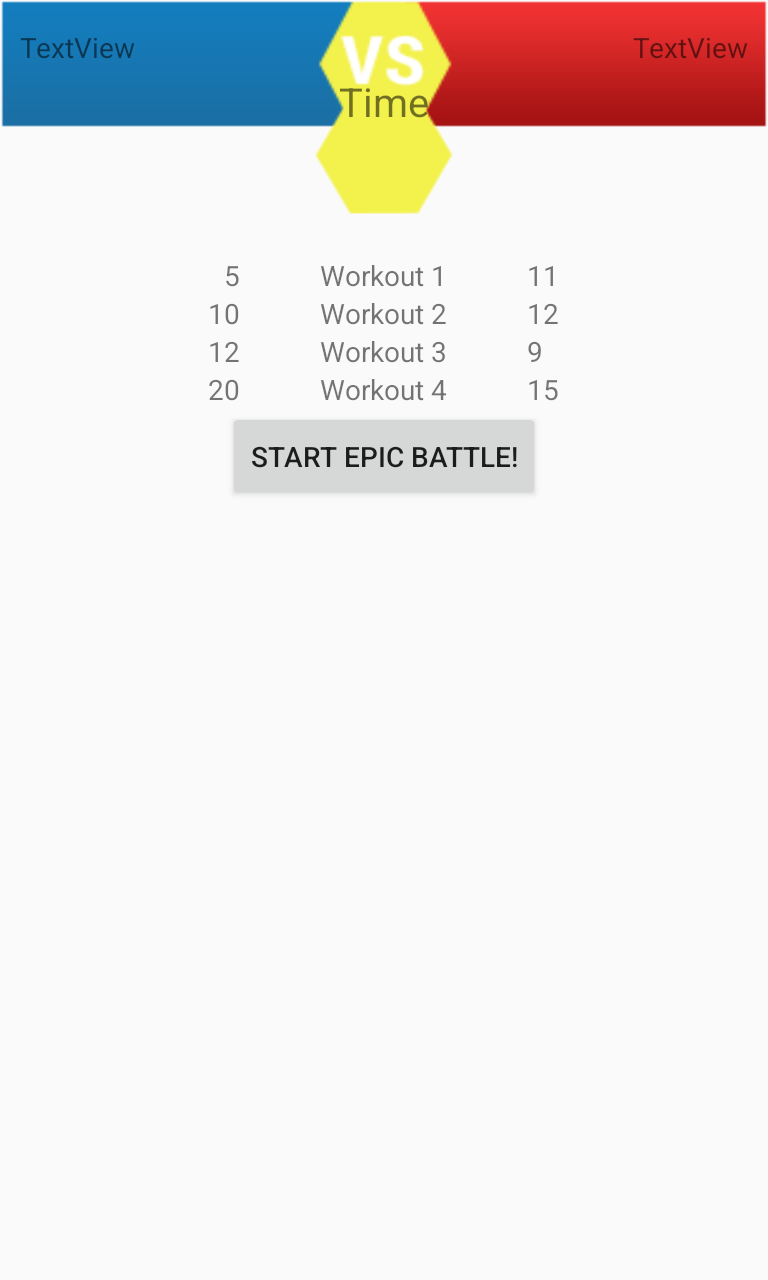
Repository: hackathon-2014/devdroid-repo
Layout: HealthyCompetition/res/layout/battlefield_layout.xml
The author's editor kept a copy of each file at every save. The layout is drawn from the files as they stood at one save, then again after a run of saves.
It is drawn on a 768 x 1280 px phone screen (xhdpi) without system bars, with theme AppTheme; the app's code is not run.

Above is the layout before, as saved 2014-08-23 20:24:20.

### HealthyCompetition/res/layout/battlefield_layout.xml
<?xml version="1.0" encoding="utf-8"?>
<LinearLayout xmlns:android="http://schemas.android.com/apk/res/android"
    android:layout_width="match_parent"
    android:layout_height="match_parent"
    android:orientation="vertical" >

    <RelativeLayout
        android:id="@+id/relative_layout_versus"
        android:layout_width="match_parent"
        android:layout_height="wrap_content" >

        <ImageView
            android:id="@+id/versus_image"
            android:layout_width="match_parent"
            android:layout_height="wrap_content"
            android:background="@drawable/versus_banner_9" />

        <TextView
            android:id="@+id/player_one_name"
            android:layout_width="wrap_content"
            android:layout_height="wrap_content"
            android:layout_alignParentLeft="true"
            android:layout_alignParentTop="true"
            android:layout_marginLeft="10dp"
            android:layout_marginTop="14dp"
            android:text="TextView" />

        <TextView
            android:id="@+id/player_two_name"
            android:layout_width="wrap_content"
            android:layout_height="wrap_content"
            android:layout_alignBaseline="@+id/player_one_name"
            android:layout_alignBottom="@+id/player_one_name"
            android:layout_alignParentRight="true"
            android:layout_alignParentTop="true"
            android:layout_marginRight="10dp"
            android:text="TextView" />

        <ImageView
            android:id="@+id/timer_image"
            android:layout_width="70dp"
            android:layout_height="70dp"
            android:layout_below="@+id/player_two_name"
            android:layout_centerHorizontal="true"
            android:layout_marginTop="10dp"
            android:background="@drawable/clockBG_9" />

        <TextView
            android:id="@+id/time_view"
            android:layout_width="wrap_content"
            android:layout_height="wrap_content"
            android:layout_alignBottom="@+id/versus_image"
            android:layout_centerHorizontal="true"
            android:text="Time"
            android:textSize="20dp" />
    </RelativeLayout>

    <RelativeLayout
        android:id="@+id/workout_layout_one"
        android:layout_width="match_parent"
        android:layout_height="wrap_content"
        android:layout_marginTop="15dp"
        android:orientation="vertical" >

        <RelativeLayout
            android:id="@+id/workoutone_click"
            android:layout_width="match_parent"
            android:layout_height="wrap_content" >

            <TextView
                android:id="@+id/workout_one"
                android:layout_width="wrap_content"
                android:layout_height="wrap_content"
                android:layout_centerHorizontal="true"
                android:text="Workout 1" />

            <TextView
                android:id="@+id/playerone_workoutone"
                android:layout_width="wrap_content"
                android:layout_height="wrap_content"
                android:layout_alignParentTop="true"
                android:layout_marginRight="40dp"
                android:layout_toLeftOf="@+id/workout_one"
                android:text="5" />

            <TextView
                android:id="@+id/playertwo_workoutone"
                android:layout_width="wrap_content"
                android:layout_height="wrap_content"
                android:layout_alignParentTop="true"
                android:layout_marginLeft="40dp"
                android:layout_toRightOf="@+id/workout_one"
                android:text="11" />
        </RelativeLayout>
    </RelativeLayout>

    <RelativeLayout
        android:id="@+id/workout_layout_two"
        android:layout_width="match_parent"
        android:layout_height="wrap_content"
        android:orientation="vertical" >

        <RelativeLayout
            android:id="@+id/workouttwo_click"
            android:layout_width="match_parent"
            android:layout_height="wrap_content" >

            <TextView
                android:id="@+id/workout_two"
                android:layout_width="wrap_content"
                android:layout_height="wrap_content"
                android:layout_centerHorizontal="true"
                android:text="Workout 2" />

            <TextView
                android:id="@+id/playerone_workouttwo"
                android:layout_width="wrap_content"
                android:layout_height="wrap_content"
                android:layout_alignParentTop="true"
                android:layout_marginRight="40dp"
                android:layout_toLeftOf="@+id/workout_two"
                android:text="10" />

            <TextView
                android:id="@+id/playertwo_workouttwo"
                android:layout_width="wrap_content"
                android:layout_height="wrap_content"
                android:layout_alignParentTop="true"
                android:layout_marginLeft="40dp"
                android:layout_toRightOf="@+id/workout_two"
                android:text="12" />
        </RelativeLayout>
    </RelativeLayout>

    <RelativeLayout
        android:id="@+id/workout_layout_three"
        android:layout_width="match_parent"
        android:layout_height="wrap_content"
        android:orientation="vertical" >

        <RelativeLayout
            android:id="@+id/workoutthree_click"
            android:layout_width="match_parent"
            android:layout_height="wrap_content" >

            <TextView
                android:id="@+id/workout_three"
                android:layout_width="wrap_content"
                android:layout_height="wrap_content"
                android:layout_centerHorizontal="true"
                android:text="Workout 3" />

            <TextView
                android:id="@+id/playerone_workoutthree"
                android:layout_width="wrap_content"
                android:layout_height="wrap_content"
                android:layout_alignParentTop="true"
                android:layout_marginRight="40dp"
                android:layout_toLeftOf="@+id/workout_three"
                android:text="12" />

            <TextView
                android:id="@+id/playertwo_workoutthree"
                android:layout_width="wrap_content"
                android:layout_height="wrap_content"
                android:layout_alignParentTop="true"
                android:layout_marginLeft="40dp"
                android:layout_toRightOf="@+id/workout_three"
                android:text="9" />
        </RelativeLayout>
    </RelativeLayout>

    <RelativeLayout
        android:id="@+id/workout_layout_four"
        android:layout_width="match_parent"
        android:layout_height="wrap_content"
        android:orientation="vertical" >

        <RelativeLayout
            android:id="@+id/workoutfour_click"
            android:layout_width="match_parent"
            android:layout_height="wrap_content" >

            <TextView
                android:id="@+id/workout_four"
                android:layout_width="wrap_content"
                android:layout_height="wrap_content"
                android:layout_centerHorizontal="true"
                android:text="Workout 4" />

            <TextView
                android:id="@+id/playerone_workoutfour"
                android:layout_width="wrap_content"
                android:layout_height="wrap_content"
                android:layout_alignParentTop="true"
                android:layout_marginRight="40dp"
                android:layout_toLeftOf="@+id/workout_four"
                android:text="20" />

            <TextView
                android:id="@+id/playertwo_workoutfour"
                android:layout_width="wrap_content"
                android:layout_height="wrap_content"
                android:layout_alignParentTop="true"
                android:layout_marginLeft="40dp"
                android:layout_toRightOf="@+id/workout_four"
                android:text="15" />
        </RelativeLayout>
    </RelativeLayout>

    <RelativeLayout
        android:layout_width="match_parent"
        android:layout_height="wrap_content" >

        <Button
            android:id="@+id/button1"
            android:layout_width="wrap_content"
            android:layout_height="wrap_content"
            android:layout_centerHorizontal="true"
            android:text="Start Epic Battle!" />
    </RelativeLayout>

</LinearLayout>

Loaded but not shown: HealthyCompetition/res/values/styles.xml (common file); HealthyCompetition/res/values-v11/styles.xml (common file); HealthyCompetition/res/values-v14/styles.xml (common file)

After the next 2 saves:
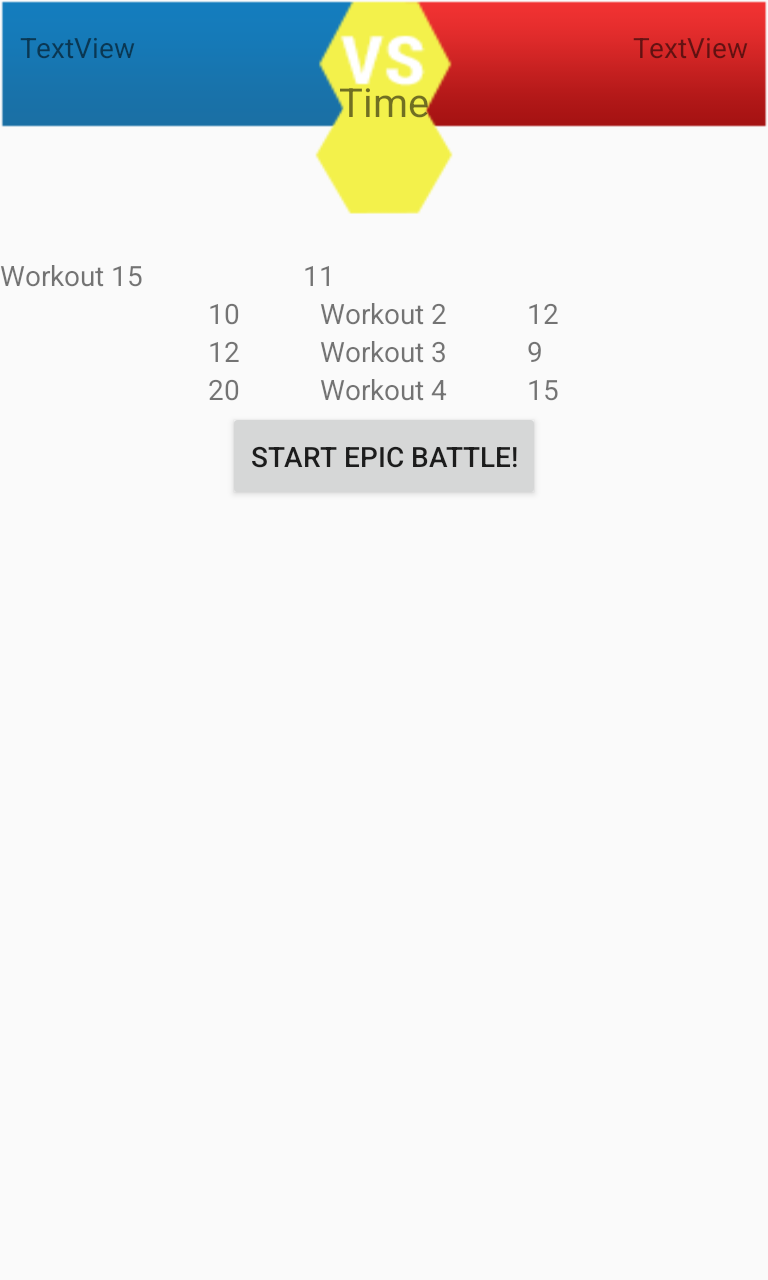
The 2 saves are shown as one change because 1 did not build or start.
The last was saved 52 s later.
--- a/HealthyCompetition/res/layout/battlefield_layout.xml
+++ b/HealthyCompetition/res/layout/battlefield_layout.xml
@@ -62,7 +62,7 @@
         android:layout_marginTop="15dp"
         android:orientation="vertical" >
 
-        <RelativeLayout
+        <LinearLayout
             android:id="@+id/workoutone_click"
             android:layout_width="match_parent"
             android:layout_height="wrap_content" >
@@ -91,7 +91,7 @@
                 android:layout_marginLeft="40dp"
                 android:layout_toRightOf="@+id/workout_one"
                 android:text="11" />
-        </RelativeLayout>
+        </LinearLayout>
     </RelativeLayout>
 
     <RelativeLayout

After the 2 saves that followed:
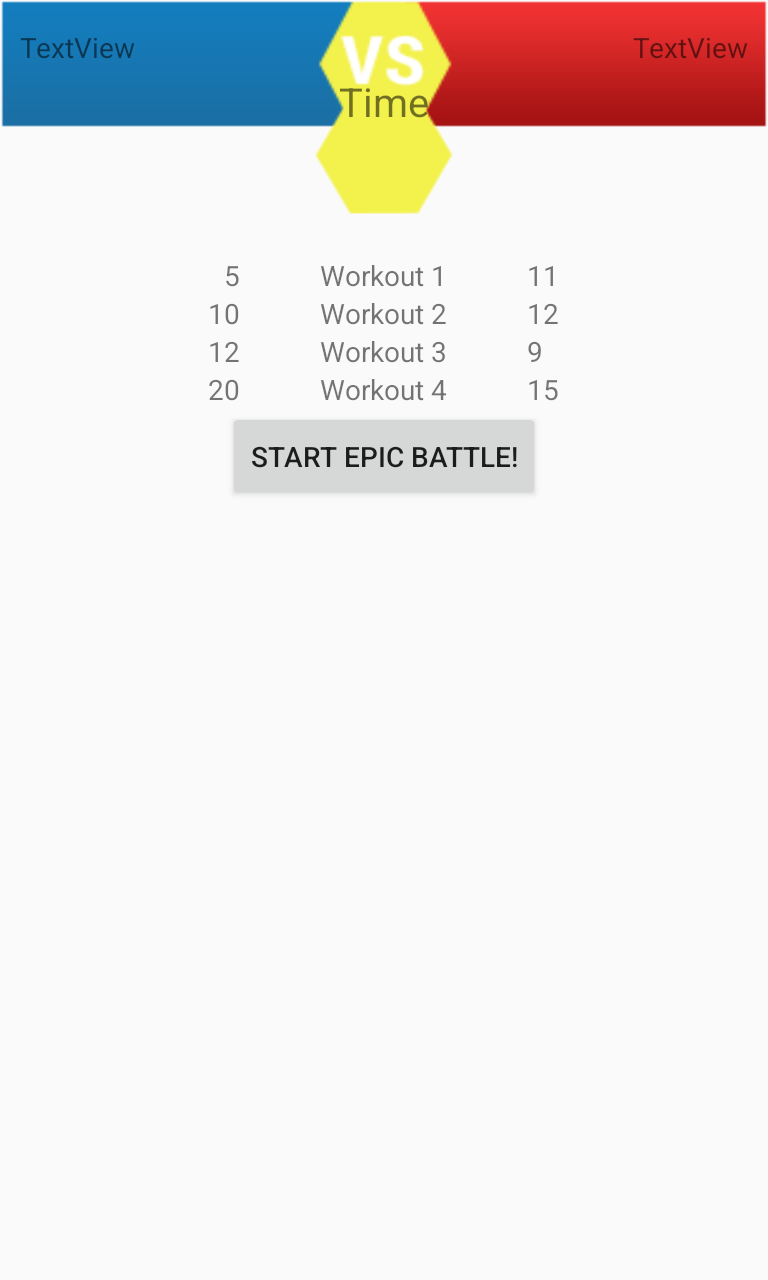
The 2 saves are shown as one change because 1 did not build or start.
The last was saved 65 s later.
--- a/HealthyCompetition/res/layout/battlefield_layout.xml
+++ b/HealthyCompetition/res/layout/battlefield_layout.xml
@@ -62,7 +62,7 @@
         android:layout_marginTop="15dp"
         android:orientation="vertical" >
 
-        <LinearLayout
+        <RelativeLayout
             android:id="@+id/workoutone_click"
             android:layout_width="match_parent"
             android:layout_height="wrap_content" >
@@ -91,7 +91,7 @@
                 android:layout_marginLeft="40dp"
                 android:layout_toRightOf="@+id/workout_one"
                 android:text="11" />
-        </LinearLayout>
+        </RelativeLayout>
     </RelativeLayout>
 
     <RelativeLayout
